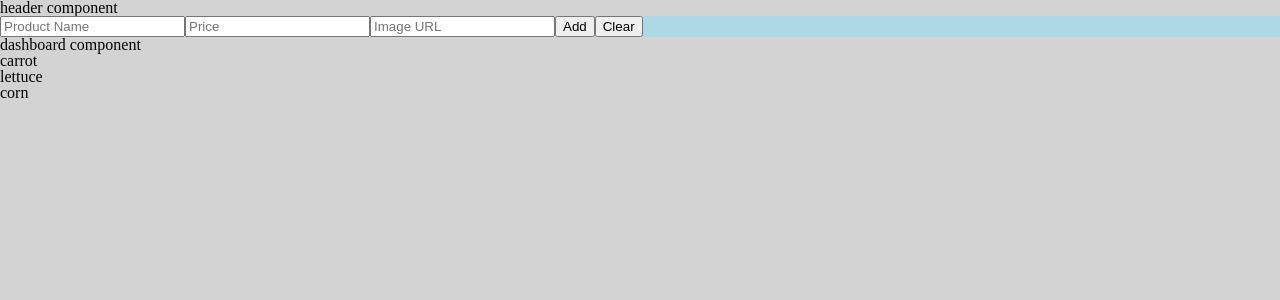
Repository: ooter37/shelfie
Page: /
The author's editor kept a copy of each file at every save. The page is drawn from the files as they stood at one save, then again after the next save.
The browser window is 1280 px wide. The pictures show the whole page.
The project was rebuilt for these pictures with package versions that can differ from the ones it lists, and the page was loaded fresh each time.

Above is the page before, as saved 2020-04-03 11:50:05.

After the next save:
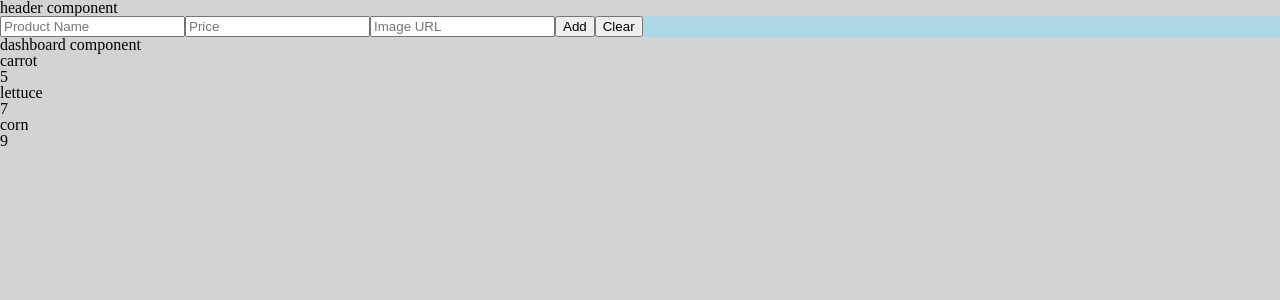
Saved 4 s later.
--- a/src/Components/Dashboard/Dashboard.js
+++ b/src/Components/Dashboard/Dashboard.js
@@ -12,6 +12,8 @@ export default class Dashboard extends React.Component {
                 <div key={elem.id}>
                 <Product
                     product={elem.name}
+                    price={elem.price}
+                    url={elem.url}
 
                 />
                 </div>
